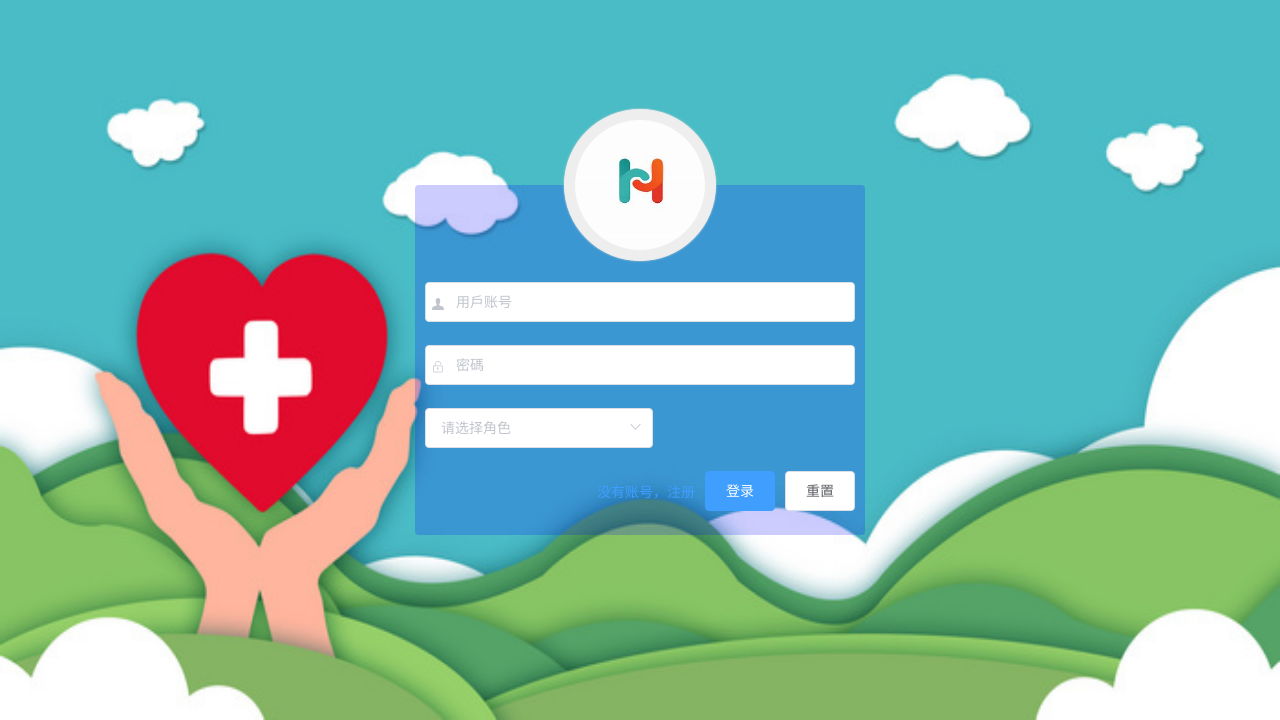
Repository: hyyBubbly/community-web-vue
Page: / (app in community/)
These files come from the project's save history. The page is drawn as it stood at one moment and after the next save; the edit follows.
The browser window is 1280 px wide. The pictures show the whole page.
The page's requests for data from a server got no answer. The project was rebuilt for these pictures with package versions that can differ from the ones it lists, and the page was loaded fresh each time. No one was signed in, and anything a server would have sent is missing. Also part of the build but not shown: community/vue.config.js, community/src/components/Home.vue, community/src/components/Welcome.vue, community/src/components/User/UserList.vue, community/src/components/admin/WorkerList.vue, community/src/components/community/CommunityList.vue, community/src/components/healthfiles/HealthyData.vue, community/src/components/healthfiles/Healthiness.vue and 14 more.

Above is the page before, as saved 2024-01-28 13:34:26.

### community/src/main.js
import Vue from 'vue'
import App from './App.vue'
import router from './router'
import './plugins/element.js'
import './assets/css/global.css'
import md5 from 'md5.js'
//引入iconfont
import './assets/font/iconfont.css'
// 导入axios
import axios from 'axios'
import moment from "moment"
import echarts from 'echarts'
Vue.prototype.$echarts = echarts
//时间转化
Vue.prototype.$moment = moment;
// 挂载axios 到Vue的原型prototype的$http
Vue.prototype.$http = axios
// 设置请求的根路径
axios.defaults.baseURL = "http://localhost:9001"
Vue.config.productionTip = false
//md5加密
Vue.prototype.$md5 = md5;



new Vue({
  router,
  render: h => h(App)
}).$mount('#app')

### community/src/App.vue
<template>
  <div id="app">
    <router-view></router-view>
  </div>
</template>
<script>
  // export default {
  //   name: 'App',
  //   provide(){
  //     return {
  //       reload: this.reload
  //     }
  //   },
  //   data(){
  //     return {
  //       isRouterAlive: true
  //     }
  //   },
  //   methods:{
  //     reload() {
  //       this.isRouterAlive = false;
  //       this.$nextTick(function (){
  //         this.isRouterAlive = true
  //       })
  //     }
  //   }
  // }
</script>
<style>

</style>

### community/src/router/index.js
import Vue from 'vue'
import VueRouter from 'vue-router'
import Login from '../components/Login.vue'
import Home from '../components/Home.vue'
import Welcome from "../components/Welcome.vue"
import UserList from "../components/User/UserList.vue"
import WorkerList from "@/components/admin/WorkerList"
import CommunityList from "@/components/community/CommunityList"
import HealthyData from "@/components/healthfiles/HealthyData"
import Healthiness from "@/components/healthfiles/Healthiness";
import OlderInfoList from "@/components/User/OlderInfoList";
import HealthyInfo from "@/components/healthfiles/HealthyInfo";
import Knowledge from "../components/knowledge/Knowledge.vue";
import ActiveList from "@/components/active/ActiveList";
import medical from "@/components/mutualAid/medical";
import Purchasing from "@/components/mutualAid/Purchasing";
import repast from "@/components/mutualAid/repast";
import Pharmacy from "@/components/mutualAid/Pharmacy/Pharmacy";
import PharmacyInfo from "@/components/mutualAid/Pharmacy/PharmacyInfo";
import Appointment from "@/components/mutualAid/Pharmacy/Appointment";
import ShoppingMall from "@/components/mutualAid/shoppingMall";
import foodBusiness from "@/components/mutualAid/Food/foodBusiness";
import Personal from "@/components/Personal";
Vue.use(VueRouter)

const routes = [
  {
    path:"/",
    redirect:'/login',
  },
  {
    path:"/login",
    component: Login,

  },
  {
    path:"/home",
    component:Home,
    redirect: "/welcome",
    children:[
      {
        path:"/welcome",
        component: Welcome,
      },
      {
        path:"/user",
        component: UserList,
      },
      {
        path:"/worker",
        component: WorkerList,
      },
      {
        path:"/older",
        component: OlderInfoList,
      },
      {
        path:"/community",
        component: CommunityList,
      },
      {
        path:"/healthyData",
        component: HealthyData,
      },
      {
        path:"/files",
        component: Healthiness,
      },
      {
        path:"/healthyInfo",
        component: HealthyInfo,
      },
	  {
        path:"/knowledge",
        component: Knowledge,
	  },
      {
        path:"/active",
        component: ActiveList,
      },
      {
        path:"/medicine",
        component: medical,
      },
      {
        path:"/shop",
        component: Purchasing,
      },
      {
        path:"/food",
        component: repast,
      },
      {
        path:"/pharmacy",
        component: Pharmacy,
      },
      {
        path:"/pharmacyInfo",
        component: PharmacyInfo,
      },
      {
        path:"/appointment",
        component: Appointment,
      },
      {
        path:"/shoppingMall",
        component: ShoppingMall,
      },
      {
        path: "/foodBusiness",
        component: foodBusiness,
      },
      {
        path:"/personal",
        component: Personal,
      }
    ]
  },
]


const router = new VueRouter({
  routes
})

// router.beforeEach((to,from,next)=>{
//   const role = window.sessionStorage.getItem("roleId")
//   if(to.meta.isLogin){ //判断页面是否需要登录才可操作
//       if(to.meta.roles.includes(role)){//判断登录用户的权限是否满足meta对象中的roles的要求
//         next()
//       }else {
//         alert('您没有权限进入页面！')
//         this.router.push('/login')
//       }
//     }else {
//       alert('请登录之后再操作！')
//       this.router.push('/login')
//     }
// })


//出现问题时使用
const originalPush = VueRouter.prototype.push
VueRouter.prototype.push = function push(location, onResolve,onReject){
  if(onResolve || onReject) return originalPush.call(this,location,onResolve,onReject)
  return originalPush.call(this,location).catch(err => err)
}

export default router

### community/src/assets/css/global.css
/* 全局样式 */
HTML,body,#app{
	height: 100%;
	margin: 0;
	padding: 0;
}
/* 卡片区域  !important 提高样式级别*/
.el-card{
	box-shadow: 0 1px 1px rgba(0,8,10,0.15) !important;
}

/*表格样式*/
.el-table{
	margin-top: 15px;
	font-size: 12px;
	min-width: 350px;
}

### community/src/assets/font/iconfont.css
@font-face {
  font-family: "iconfont"; /* Project id 3270408 */
  src: url('iconfont.woff2?t=1652753196788') format('woff2'),
       url('iconfont.woff?t=1652753196788') format('woff'),
       url('iconfont.ttf?t=1652753196788') format('truetype');
}

.iconfont {
  font-family: "iconfont" !important;
  font-size: 16px;
  font-style: normal;
  -webkit-font-smoothing: antialiased;
  -moz-osx-font-smoothing: grayscale;
}

.icon-huoyuedu:before {
  content: "\e607";
}

.icon-xiaoqushu:before {
  content: "\e6df";
}

.icon-fangwenliang:before {
  content: "\e646";
}

.icon-duzheliuyan:before {
  content: "\e604";
}

.icon-hudongshequ:before {
  content: "\e62f";
}

.icon-huoyueshu:before {
  content: "\e702";
}

.icon-community:before {
  content: "\e61c";
}

.icon-shujujiance:before {
  content: "\e683";
}

.icon-huzhu:before {
  content: "\e778";
}

.icon-denglu:before {
  content: "\e603";
}

.icon-mima:before {
  content: "\e65c";
}

.icon-gouwuche:before {
  content: "\e600";
}

.icon-2jiankangzhishi:before {
  content: "\e622";
}

.icon-huodong:before {
  content: "\e630";
}

.icon-canyinguanli:before {
  content: "\e624";
}

.icon-huodong1:before {
  content: "\e870";
}

.icon-jiankangdanganx:before {
  content: "\e60d";
}

.icon-yiliaohuzhu:before {
  content: "\e686";
}

.icon-yonghu:before {
  content: "\e633";
}

.icon-guanliyuan:before {
  content: "\e62a";
}

.icon-guanliyuan1:before {
  content: "\e681";
}

.icon-menu_lrkh:before {
  content: "\e656";
}

.icon-shequ:before {
  content: "\e663";
}

### community/src/components/Login.vue
<template>
	<div>
		<div class="login_container">
			<!-- 登录块 -->
			<div class="login_box">
				<!-- logo头像 -->
				<div class="avatar_box">
					<img src="../assets/sportlogo.jpg" />
				</div>
				<!-- 表单区域 -->
				<el-form ref="loginFormRef" :rules="loginRules" :model="loginForm" label-width="0" class="login_form">
					<!-- 用户名 -->
					<el-form-item prop="workNo">
						<el-input v-model="loginForm.workNo" prefix-icon="iconfont icon-denglu" placeholder="用戶账号"></el-input>
					</el-form-item>
					<!-- 密码 -->
					<el-form-item prop="password">
						<el-input v-model="loginForm.password" prefix-icon="iconfont icon-mima" show-password placeholder="密碼"></el-input>
					</el-form-item>
		    <!-- 角色 -->
		    <el-form-item prop="roleId">
		      <el-select v-model="loginForm.roleId" clearable placeholder="请选择角色">
		        <el-option
		            v-for="item in options"
		            :key="item.roleId"
		            :label="item.role"
		            :value="item.roleId">
		        </el-option>
		      </el-select>
		    </el-form-item>
					<!-- 按钮 -->
					<el-form-item class="btns">
		      <el-link @click="isRegister = true" style="margin-right: 10px; color: #409EFF" :underline="false">没有账号，注册</el-link>
		      <el-button type="primary" @click="login()">登录</el-button>
			  <el-button type="infor" @click="resetLoginForm()">重置</el-button>
					</el-form-item>
				</el-form>
			</div>
		</div>
		<el-dialog
			title="注册页面"
		  :visible.sync="isRegister"
		  :with-header="false" width="50%" @close="editClosed">
			  <el-form :model="addForm" :rules="addFormRules" ref="addFormRef" label-width="100px">
			    <el-form-item label="姓名：" prop="username">
			      <el-input v-model="addForm.username" size="medium" style="width: 60%;"></el-input>
			    </el-form-item>
			    <el-form-item label="密码：" prop="password">
			      <el-input v-model="addForm.password" show-password size="medium" style="width: 60%;"></el-input>
			    </el-form-item>
			    <el-form-item label="性别：" prop="sex">
			      <el-radio v-model="addForm.sex" label="0">男</el-radio>
			      <el-radio v-model="addForm.sex" label="1">女</el-radio>
			    </el-form-item>
			    <el-form-item label="电话号码：" prop="phone" >
			      <el-input v-model="addForm.phone"  size="medium" style="width: 60%;"></el-input>
			    </el-form-item>
			    <el-form-item label="社区：" prop="communityCd">
			      <el-select v-model="addForm.communityCd" clearable filterable placeholder="请选择">
			        <el-option
			            v-for="item in communities"
			            :key="item.communityCd"
			            :label="item.communityName"
			            :value="item.communityCd">
			        </el-option>
			      </el-select>
			    </el-form-item>
			    <!-- <el-form-item label="角色：" prop="roleId">
			      <el-select v-model="addForm.roleId" clearable filterable placeholder="请选择">
			        <el-option
			            v-for="item in options"
			            :key="item.roleId"
			            :label="item.role"
			            :value="item.roleId">
			        </el-option>
			      </el-select>
			    </el-form-item> -->
			  </el-form>
			  <span slot="footer" class="dialog-footer">
			     <el-button @click="isRegister = false">取 消</el-button>
			     <el-button type="primary" @click="addUser">注 册</el-button>
			    </span>
		</el-dialog>

	</div>
</template>
<script>
	export default{
		data(){
			return{
        addForm:{},
        isAssess:"",
        isRegister:false,
				// 表单数据
				loginForm:{
          id:"",
          workName:""
				},
		    communities:[],
        options: [
          {
            roleId: '1',
            role: '管理员'
          },
          {
            roleId:'2',
            role:'医生',
          },
          {
            roleId:'3',
            role:'员工',
          },
          {
            roleId:'4',
            role:'监护人',
          },
        ],
				// 验证对象
				loginRules:{
					// 校验
          workNo:[
						{required:true,message:"请输入用户账号",trigger:'blur'},//必须向验证
						{min: 3, max: 15,message: '长度在 3 到 15 个字符',trigger:'blur'}//长度验证
						],
					password:[
						{required:true,message:"用户密码必须填写",trigger:'blur'},//必须向验证
						{min: 5, max: 12,message: '长度在 5 到 12 个字符',trigger:'blur'}
					],
          roleId:[
            {required:true,message:"请選擇角色",trigger:"blur"},
          ]
				},

				//表单校验
				addFormRules:{
				  username:[
				    {required: true,message:"请输入用户名",trigger:"blur"},
				    {min: 2,max: 12,message:"长度在 2 到 12 个字符串",trigger:"blur"},
				  ],
				  password: [
				    {required:true,message:"请输入密码",trigger:"blur"},
				    {min:6,max:24,message:"长度在 6 到 24 个字符串",trigger:"blur"}
				  ],
				  sex:[
				    {required: true,message: "请选择性别",trigger:"blur"}
				  ],
				  phone: [
				    {required: true,message: "请输入电话号码",trigger:"blur"},
				    {min: 8,max: 11,message: "长度在 8 到 11 个字符串",trigger:"blur"}
				  ],
				  communityCd: [
				    {required: true,message: "请输入地址",trigger: "blur"},
				  ],
				  roleId: [
				    {required:true,message:"请選擇角色",trigger:"blur"},
				  ]
				},
			};
		},
		created(){
			this.selectAddress();
		},
    methods:{
		addUser(){
		  this.$refs.addFormRef.validate(async valid =>{
		    if(!valid) return;
			this.addForm.roleId = "4"
		    const {data:res} = await this.$http.post("/User/insertUser",this.addForm);
		    if(res!=="success"){
		      return this.$message.error("注册失败！！！");
		    }
		    this.$message.success("注册成功！！！");
		    this.isRegister = false;
		  });

		},
			async selectAddress(){
			  const {data:res} = await this.$http.get("/User/address");
			  this.communities = res;
			},
			editClosed(){
			  this.$refs.addFormRef.resetFields();//重置信息
			},

      //重置表单内容
			resetLoginForm(){
				this.$refs.loginFormRef.resetFields();
			},
			// 登录方法
			login(){
				// 验证是否成功 成功(true) 失败(false)
				// this.$refs.loginFormRef.validate(valid =>{
				// 	console.log(valid);
				// })
				// 验证校验规则
				this.$refs.loginFormRef.validate(async valid =>{
					if(!valid) return;//验证失败
					const {data:res} = await this.$http.post("/Worker/login",this.loginForm);//访问后台
					if(res.flag === "ok"){
						this.$message.success("登录成功！！！");//信息提示
						await this.$router.push({path:"/home",query:{roleId: res.worker.roleId}});// 页面路由跳转
            window.sessionStorage.setItem("workName",res.worker.workName)
            if(res.worker.roleId === '4'){
              window.sessionStorage.setItem("phone",res.worker.workNo)
            }
            window.sessionStorage.setItem("id",res.worker.id)
			      window.sessionStorage.setItem("roleId",res.worker.roleId)
			      window.sessionStorage.setItem("isAssess",res.worker.isAssess)
					}else{
						this.$message.error("登录失败！！！");// 错误提示
					}
				})
			},
		}

	}
</script>

<style lang="less" scoped>

.dialogImg{
	background: url(../assets/register.jpg) no-repeat;
	/**添加以下css */
	height: 100%; //大小设置为100%
	width: 100%; //大小设置为100%
	//position: fixed;
	background-size: 100% 100%;
}
.login_container{
  background: url("../common/community.jpg") no-repeat;
  /**添加以下css */
  height: 100%; //大小设置为100%
  width: 100%; //大小设置为100%
  position: fixed;
  background-size: 100% 100%;
}
.login_box {
  width: 450px;
  height: 350px;
//   background-color: #fff;
  background-color:rgba(0, 0, 255, 0.2);
  border-radius: 4px;
  position: absolute;
  left: 50%;
  top: 50%;
  transform: translate(-50%,-50%);
  .avatar_box{
    width: 130px;
    height: 130px;
    border: 1px solid #eee;
    border-radius: 50%;
    padding: 10px;
    box-shadow: 0 0 2px #ddd;
    position: absolute;
    left: 50%;
    transform: translate(-50%,-50%);
    background-color: #eee;
    img{
      width: 100%;
      height: 100%;
      border-radius: 50%;
      background-color: #eee;
    }

  }
}
.btns{
  display: flex;
  justify-content: flex-end;
}
.login_form{
  position: absolute;
  bottom: 0%;
  width: 100%;
  padding: 0 10px;
  box-sizing: border-box;
}
</style>

Loaded but not shown: community/public/index.html (common file); community/src/plugins/element.js (common file)

After the next save:
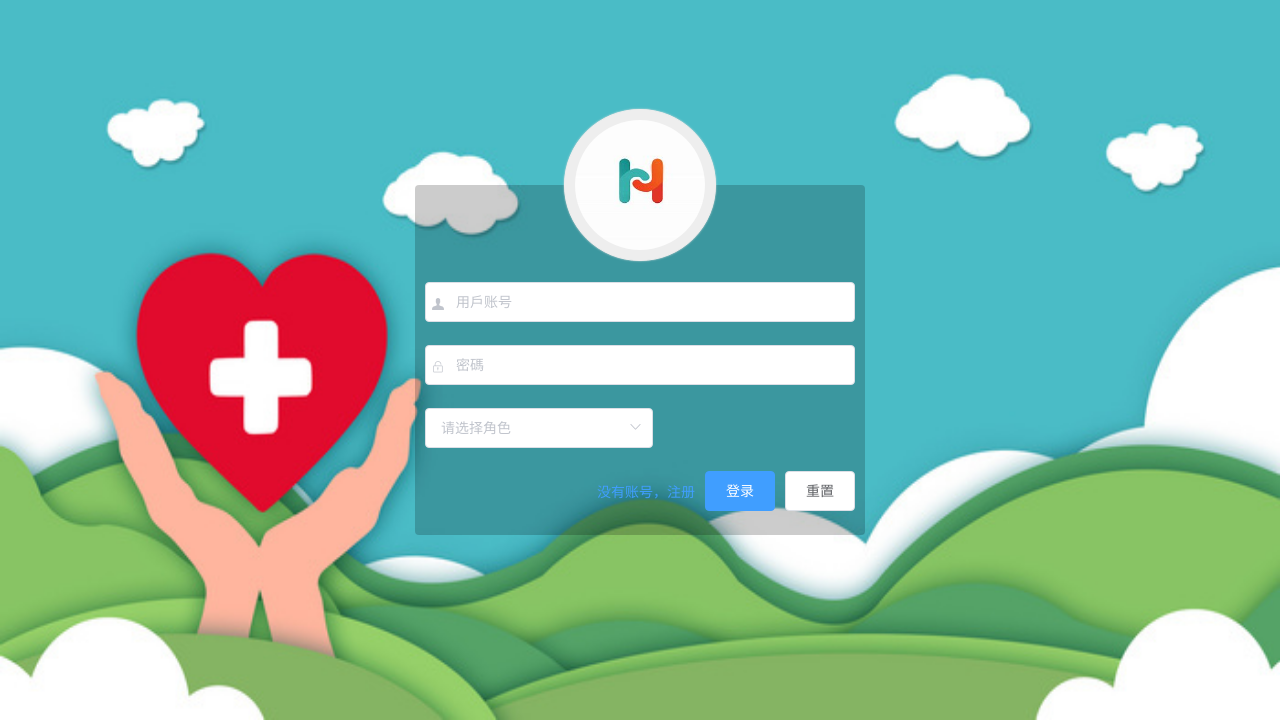
Saved 16 s later.
--- a/community/src/components/Login.vue
+++ b/community/src/components/Login.vue
@@ -238,7 +238,7 @@
   width: 450px;
   height: 350px;
 //   background-color: #fff;
-  background-color:rgba(0, 0, 255, 0.2);
+  background-color:rgba(0, 0, 0, 0.2);
   border-radius: 4px;
   position: absolute;
   left: 50%;
